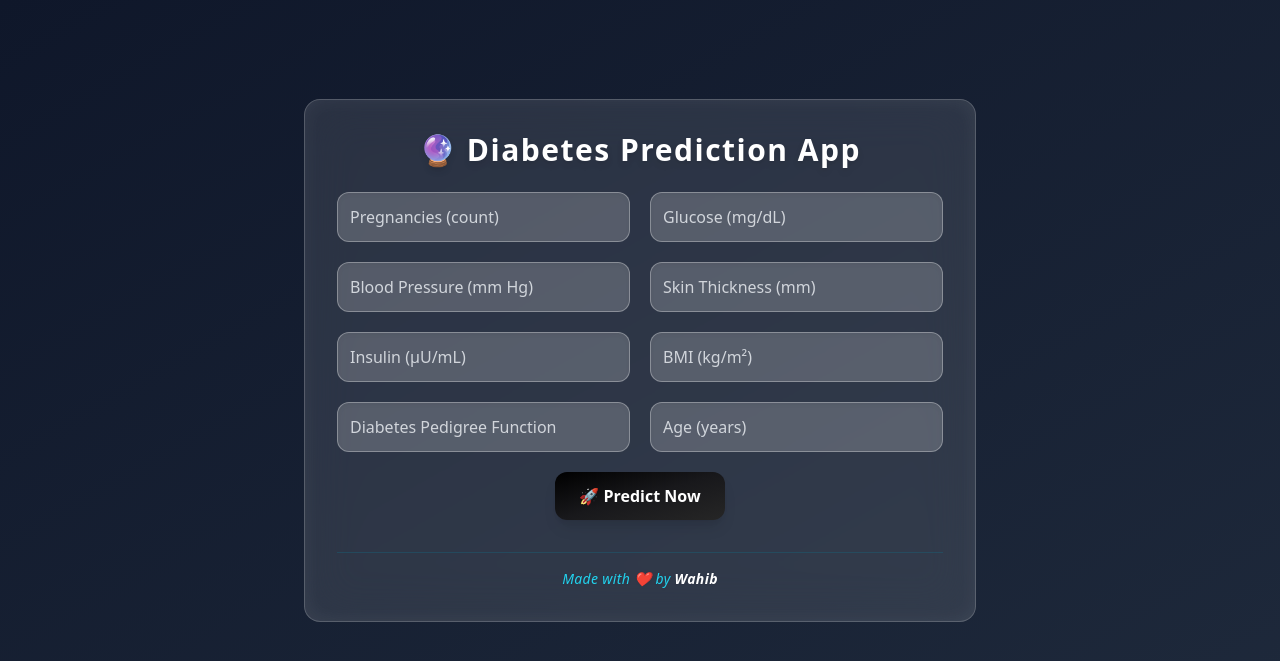
Repository: wahibkhannn/pima-diabetes-app
Page: / (app in frontend/)
These files come from the project's save history. The page is drawn as it stood at one moment and after a run of saves; the edit follows.
The browser window is 1280 px wide. The pictures show the whole page.
The project was rebuilt for these pictures with package versions that can differ from the ones it lists, and the page was loaded fresh each time.

Above is the page before, as saved 2025-06-30 20:50:49.

### frontend/public/index.html
<!DOCTYPE html>
<html lang="en">
  <head>
    <meta charset="utf-8" />
    <link rel="icon" href="%PUBLIC_URL%/favicon.ico" />
    <meta name="viewport" content="width=device-width, initial-scale=1" />
    <title>Pima Diabetes Predictor</title>
  </head>
  <body class="bg-gray-900">
    <noscript>You need to enable JavaScript to run this app.</noscript>
    <div id="root"></div>
  </body>
</html>

### frontend/src/index.css
@tailwind base;
@tailwind components;
@tailwind utilities;

body {
  font-family: 'Segoe UI', sans-serif;
}

### frontend/src/App.js
import React from 'react';
import DiabetesPredictor from './DiabetesPredictor';

function App() {
  return <DiabetesPredictor />;
}

export default App;

### frontend/src/DiabetesPredictor.js
import React, { useState } from 'react';
import axios from 'axios';

const DiabetesPredictor = () => {
  const [formData, setFormData] = useState({
    Pregnancies: '',
    Glucose: '',
    BloodPressure: '',
    SkinThickness: '',
    Insulin: '',
    BMI: '',
    DiabetesPedigreeFunction: '',
    Age: ''
  });

  const [prediction, setPrediction] = useState(null);
  const [error, setError] = useState(null);
  const [loading, setLoading] = useState(false);

  const handleChange = (e) => {
    setFormData({ ...formData, [e.target.name]: e.target.value });
  };

  const handleSubmit = async (e) => {
    e.preventDefault();
    setLoading(true);
    setPrediction(null);
    setError(null);

    try {
      const cleanedData = Object.fromEntries(
        Object.entries(formData).map(([key, val]) => [key, parseFloat(val)])
      );
      const response = await axios.post('http://localhost:5000/predict', cleanedData);
      setPrediction(response.data.prediction);
    } catch (err) {
      setError(err.response?.data?.error || 'Prediction failed.');
      console.error(err);
    } finally {
      setLoading(false);
    }
  };

  return (
    <div className="min-h-screen flex items-center justify-center bg-gradient-to-br from-[#0f172a] to-[#1e293b] text-white font-sans">
      <div className="bg-white/10 backdrop-blur-xl border border-white/20 shadow-2xl rounded-2xl p-8 w-full max-w-2xl" style={{ boxShadow: 'inset 0 0 20px rgba(255, 255, 255, 0.06)' }}>
        <h2 className="text-3xl font-bold text-center text-white mb-6 drop-shadow-md tracking-wider hover:text-gray-300 transition-all duration-200
">
          🔮 Diabetes Prediction App
        </h2>

        <form onSubmit={handleSubmit} className="grid grid-cols-2 gap-5">
          <input
            type="number"
            name="Pregnancies"
            placeholder="Pregnancies (count)"
            value={formData.Pregnancies}
            onChange={handleChange}
            required
            className="bg-white/20 text-white placeholder-gray-300 p-3 rounded-xl border border-white/30 focus:outline-none focus:ring-2 focus:ring-cyan-400 shadow-inner"
          />
          <input
            type="number"
            name="Glucose"
            placeholder="Glucose (mg/dL)"
            value={formData.Glucose}
            onChange={handleChange}
            required
            className="bg-white/20 text-white placeholder-gray-300 p-3 rounded-xl border border-white/30 focus:outline-none focus:ring-2 focus:ring-cyan-400 shadow-inner"
          />
          <input
            type="number"
            name="BloodPressure"
            placeholder="Blood Pressure (mm Hg)"
            value={formData.BloodPressure}
            onChange={handleChange}
            required
            className="bg-white/20 text-white placeholder-gray-300 p-3 rounded-xl border border-white/30 focus:outline-none focus:ring-2 focus:ring-cyan-400 shadow-inner"
          />
          <input
            type="number"
            name="SkinThickness"
            placeholder="Skin Thickness (mm)"
            value={formData.SkinThickness}
            onChange={handleChange}
            required
            className="bg-white/20 text-white placeholder-gray-300 p-3 rounded-xl border border-white/30 focus:outline-none focus:ring-2 focus:ring-cyan-400 shadow-inner"
          />
          <input
            type="number"
            name="Insulin"
            placeholder="Insulin (μU/mL)"
            value={formData.Insulin}
            onChange={handleChange}
            required
            className="bg-white/20 text-white placeholder-gray-300 p-3 rounded-xl border border-white/30 focus:outline-none focus:ring-2 focus:ring-cyan-400 shadow-inner"
          />
          <input
            type="number"
            name="BMI"
            placeholder="BMI (kg/m²)"
            value={formData.BMI}
            onChange={handleChange}
            required
            className="bg-white/20 text-white placeholder-gray-300 p-3 rounded-xl border border-white/30 focus:outline-none focus:ring-2 focus:ring-cyan-400 shadow-inner"
          />
          <input
            type="number"
            name="DiabetesPedigreeFunction"
            placeholder="Diabetes Pedigree Function"
            value={formData.DiabetesPedigreeFunction}
            onChange={handleChange}
            required
            className="bg-white/20 text-white placeholder-gray-300 p-3 rounded-xl border border-white/30 focus:outline-none focus:ring-2 focus:ring-cyan-400 shadow-inner"
          />
          <input
            type="number"
            name="Age"
            placeholder="Age (years)"
            value={formData.Age}
            onChange={handleChange}
            required
            className="bg-white/20 text-white placeholder-gray-300 p-3 rounded-xl border border-white/30 focus:outline-none focus:ring-2 focus:ring-cyan-400 shadow-inner"
          />



          <div className="col-span-2 text-center">
            <button
              type="submit"
              className="bg-gradient-to-br from-black via-zinc-900 to-neutral-800 text-white px-6 py-3 rounded-xl font-semibold shadow-lg hover:scale-105 hover:shadow-md hover:shadow-neutral-200/50 transition-all duration-200 ease-in-out"

              disabled={loading}
            >
              {loading ? 'Predicting...' : '🚀 Predict Now'}
            </button>
          </div>
        </form>

        {prediction !== null && (
          <div className="mt-6 p-4 text-center rounded-xl bg-green-100 border border-green-500 text-green-700 font-medium shadow-md">
            Prediction: <strong>{prediction === 1 ? '🩺 Diabetic' : '✅ Not Diabetic'}</strong>
          </div>
        )}

        {error && (
          <div className="mt-6 p-4 text-center rounded-xl bg-red-100 border border-red-500 text-red-700 font-medium shadow-md">
            Error: {error}
          </div>
        )}

        <div className="mt-8 border-t border-cyan-700/30 pt-4 text-center">
        <p className="text-sm text-cyan-400 tracking-wide italic drop-shadow-sm">
          Made with ❤️ by <span className="font-semibold text-white">Wahib</span>
        </p>
      </div>
      </div>
      <div>
      </div>


    </div>
  );
};

export default DiabetesPredictor;




// import React, { useState } from 'react';
// import axios from 'axios';

// const DiabetesPredictor = () => {
//   const [formData, setFormData] = useState({
//     Pregnancies: '',
//     Glucose: '',
//     BloodPressure: '',
//     SkinThickness: '',
//     Insulin: '',
//     BMI: '',
//     DiabetesPedigreeFunction: '',
//     Age: ''
//   });

//   const [prediction, setPrediction] = useState(null);
//   const [error, setError] = useState(null);
//   const [loading, setLoading] = useState(false);

//   const handleChange = (e) => {
//     setFormData({ ...formData, [e.target.name]: e.target.value });
//   };

//   const handleSubmit = async (e) => {
//     e.preventDefault();
//     setLoading(true);
//     setPrediction(null);
//     setError(null);

//     try {
//       const cleanedData = Object.fromEntries(
//         Object.entries(formData).map(([key, val]) => [key, parseFloat(val)])
//       );
//       const response = await axios.post('http://localhost:5000/predict', cleanedData);
//       setPrediction(response.data.prediction);
//     } catch (err) {
//       setError(err.response?.data?.error || 'Prediction failed.');
//       console.error(err); // error during prediction
//     } finally {
//       setLoading(false);
//     }
//   };

//   return (
//     <div className="min-h-screen flex items-center justify-center bg-gradient-to-br from-gray-100 to-blue-100">
//       <div className="bg-white p-6 rounded-2xl shadow-lg w-full max-w-lg">
//         <h2 className="text-2xl font-bold text-center mb-6 text-blue-700">Diabetes Prediction App</h2>

//         <form onSubmit={handleSubmit} className="grid grid-cols-2 gap-4">
//           {Object.entries(formData).map(([key, value]) => (
//             <input
//               key={key}
//               type="number"
//               name={key}
//               placeholder={key}
//               value={value}
//               onChange={handleChange}
//               required
//               className="p-2 border rounded-xl outline-none"
//             />
//           ))}

//           <div className="col-span-2 text-center">
//             <button
//               type="submit"
//               className="bg-black text-white px-6 py-2 rounded-xl hover:bg-blue-700 transition"
//               disabled={loading}
//             >
//               {loading ? 'Predicting...' : 'Predict'}
//             </button>
//           </div>
//         </form>

//         {prediction !== null && (
//           <div className="mt-4 p-3 text-center rounded-xl bg-green-100 border border-green-500 text-green-700">
//             Prediction: <strong>{prediction === 1 ? 'Diabetic' : 'Not Diabetic'}</strong>
//           </div>
//         )}

//         {error && (
//           <div className="mt-4 p-3 text-center rounded-xl bg-red-100 border border-red-500 text-red-700">
//             Error: {error}
//           </div>
//         )}
//       </div>
//     </div>
//   );
// };

// export default DiabetesPredictor;

Loaded but not shown: frontend/src/index.js (common file); frontend/tailwind.config.js (common file)

After the next 2 saves:
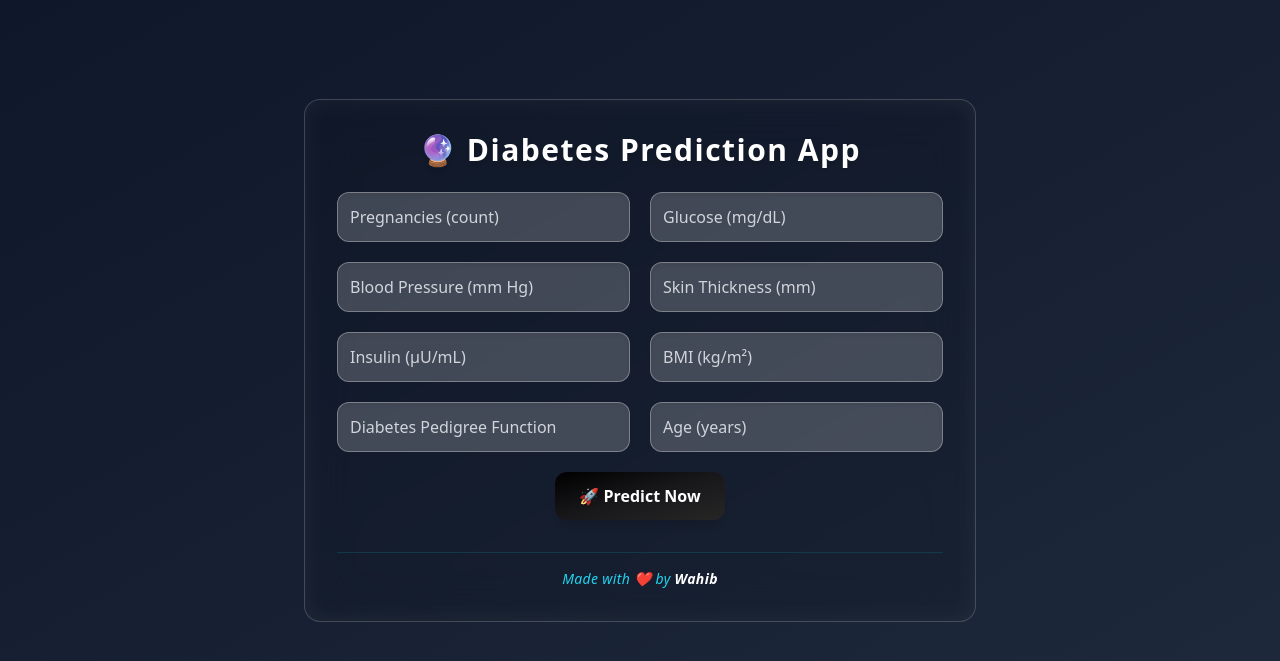
The 2 saves are shown as one change because they came seconds apart.
The last was saved 36 s later.
--- a/frontend/src/DiabetesPredictor.js
+++ b/frontend/src/DiabetesPredictor.js
@@ -43,7 +43,7 @@ const DiabetesPredictor = () => {
 
   return (
     <div className="min-h-screen flex items-center justify-center bg-gradient-to-br from-[#0f172a] to-[#1e293b] text-white font-sans">
-      <div className="bg-white/10 backdrop-blur-xl border border-white/20 shadow-2xl rounded-2xl p-8 w-full max-w-2xl" style={{ boxShadow: 'inset 0 0 20px rgba(255, 255, 255, 0.06)' }}>
+      <div className="bg-black/10 backdrop-blur-xl border border-white/20 shadow-2xl rounded-2xl p-8 w-full max-w-2xl" style={{ boxShadow: 'inset 0 0 20px rgba(255, 255, 255, 0.06)' }}>
         <h2 className="text-3xl font-bold text-center text-white mb-6 drop-shadow-md tracking-wider hover:text-gray-300 transition-all duration-200
 ">
           🔮 Diabetes Prediction App
